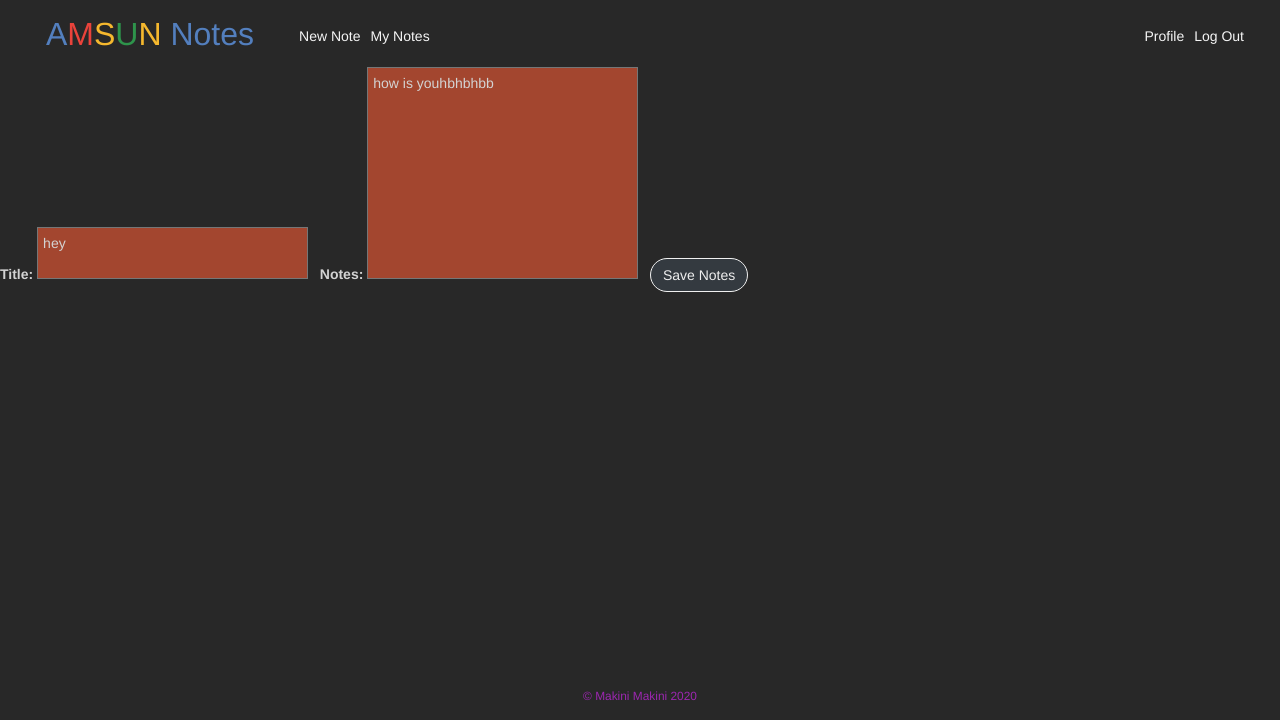
Repository: MakiniMakini/AMSUN-NOTES
Page: http://localhost/22/edit
These files come from the project's save history. The page is drawn as it stood at one moment and after the next save; the edit follows.
The browser window is 1280 px wide. The pictures show the whole page.
Some web fonts or font styles are not loaded; a fallback is used. The page is served by the project's application, run on Flask 3 (application.py). The session is filled in as if someone had signed in: {"user_id": 1}. The page reads the database file committed with the project.

Above is the page before, as saved 2020-12-25 13:20:29.

After the next save:
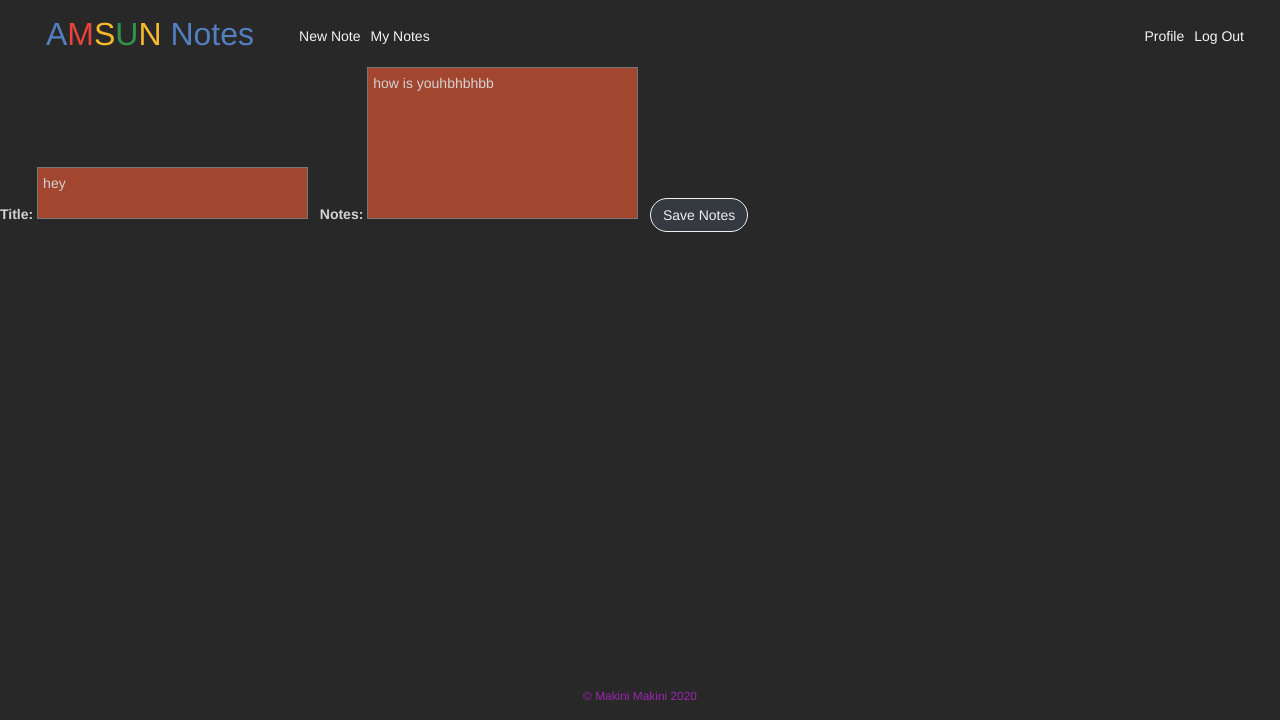
Saved 4 s later.
--- a/templates/edit.html
+++ b/templates/edit.html
@@ -14,7 +14,7 @@
              <label for="title">Title:</label>
              <textarea name="title" id="" cols="30" rows="2" placeholder="title" type="text" >{{item[1]}}</textarea> &nbsp;
              <label for="notes">Notes:</label>
-             <textarea name="notes" cols="30" rows="10" placeholder="notes" type="text">{{item[2]}}</textarea> &nbsp;
+             <textarea name="notes" cols="30" rows="7" placeholder="notes" type="text">{{item[2]}}</textarea> &nbsp;
               <button class="btn btn-primary bg-dark" type="submit">Save Notes</button>
             </form>
 
